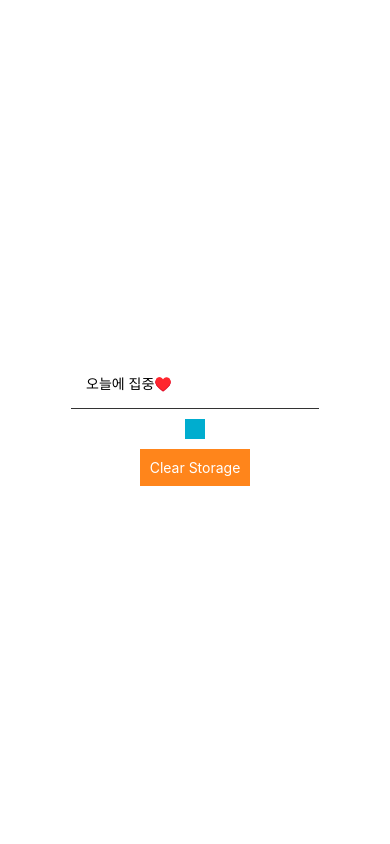
Repository: GoodHoneyCake/toy_project
Page: /
An editor plug-in stored every save of this project. The page is shown before and after the next save, followed by the edit.
The browser window is 390 px wide. The pictures show the whole page.
The app was drawn by React Native's web renderer in a window 390 px wide. The project was rebuilt for these pictures with package versions that can differ from the ones it lists, and the page was loaded fresh each time.

Above is the page before, as saved 2021-02-05 13:57:52.

### App.js
import React from "react";
import {
  StyleSheet,
  Text,
  View,
  TextInput,
  TouchableOpacity,
} from "react-native";
import AsyncStorage from "@react-native-async-storage/async-storage";
const STORAGE_KEY = "@save_name";

class App extends React.Component {
  state = {
    text: "",
    name: "",
  };

  componentDidMount() {
    this.retrieveData();
  }

  retrieveData = async () => {
    try {
      const name = await AsyncStorage.getItem(STORAGE_KEY);

      if (name !== null) {
        this.setState({ name });
      }
    } catch (e) {
      alert("Failed to load name.");
    }
  };

  save = async (name) => {
    try {
      await AsyncStorage.setItem(STORAGE_KEY, name);
      alert("오늘에 집중♥️");
      this.setState({ name });
    } catch (e) {
      alert("Failed to save name.");
    }
  };

  removeEverything = async () => {
    try {
      await AsyncStorage.clear();
      alert("초기화♥️");
    } catch (e) {
      alert("Failed to clear the async storage.");
    }
  };

  onChangeText = (text) => this.setState({ text });

  onSubmitEditing = () => {
    const onSave = this.save;
    const { text } = this.state;

    if (!text) return;

    onSave(text);
    this.setState({ text: "" });
  };

  render() {
    const { text, name } = this.state;
    return (
      <View style={styles.container}>
        <TextInput
          style={styles.input}
          value={text}
          placeholder="오늘에 집중♥️"
          onChangeText={this.onChangeText}
          onSubmitEditing={this.onSubmitEditing}
        />
        <Text style={styles.text}>{name}</Text>
        <TouchableOpacity onPress={this.removeEverything} style={styles.button}>
          <Text style={styles.buttonText}>Clear Storage</Text>
        </TouchableOpacity>
      </View>
    );
  }
}

const styles = StyleSheet.create({
  container: {
    flex: 1,
    backgroundColor: "#fff",
    alignItems: "center",
    justifyContent: "center",
  },
  text: {
    fontSize: 20,
    padding: 10,
    backgroundColor: "#00ADCF",
  },
  input: {
    padding: 15,
    height: 50,
    borderBottomWidth: 1,
    borderBottomColor: "#333",
    margin: 10,
  },
  button: {
    margin: 10,
    padding: 10,
    backgroundColor: "#FF851B",
  },
  buttonText: {
    fontSize: 14,
    color: "#fff",
  },
});

export default App;

After the next save:
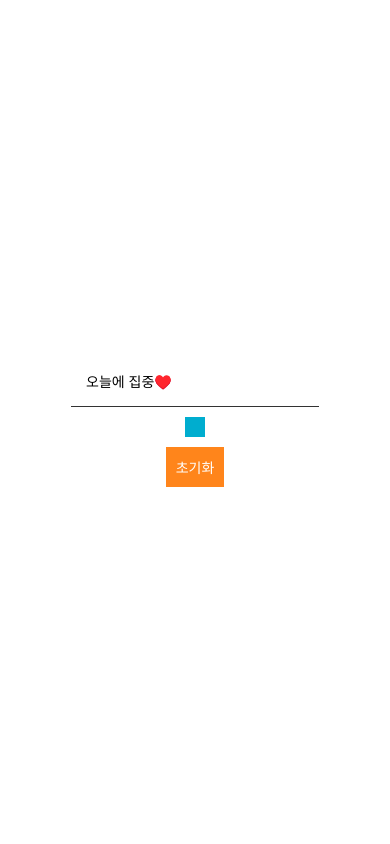
Saved 26 s later.
--- a/App.js
+++ b/App.js
@@ -75,7 +75,7 @@ class App extends React.Component {
         />
         <Text style={styles.text}>{name}</Text>
         <TouchableOpacity onPress={this.removeEverything} style={styles.button}>
-          <Text style={styles.buttonText}>Clear Storage</Text>
+          <Text style={styles.buttonText}>초기화</Text>
         </TouchableOpacity>
       </View>
     );
